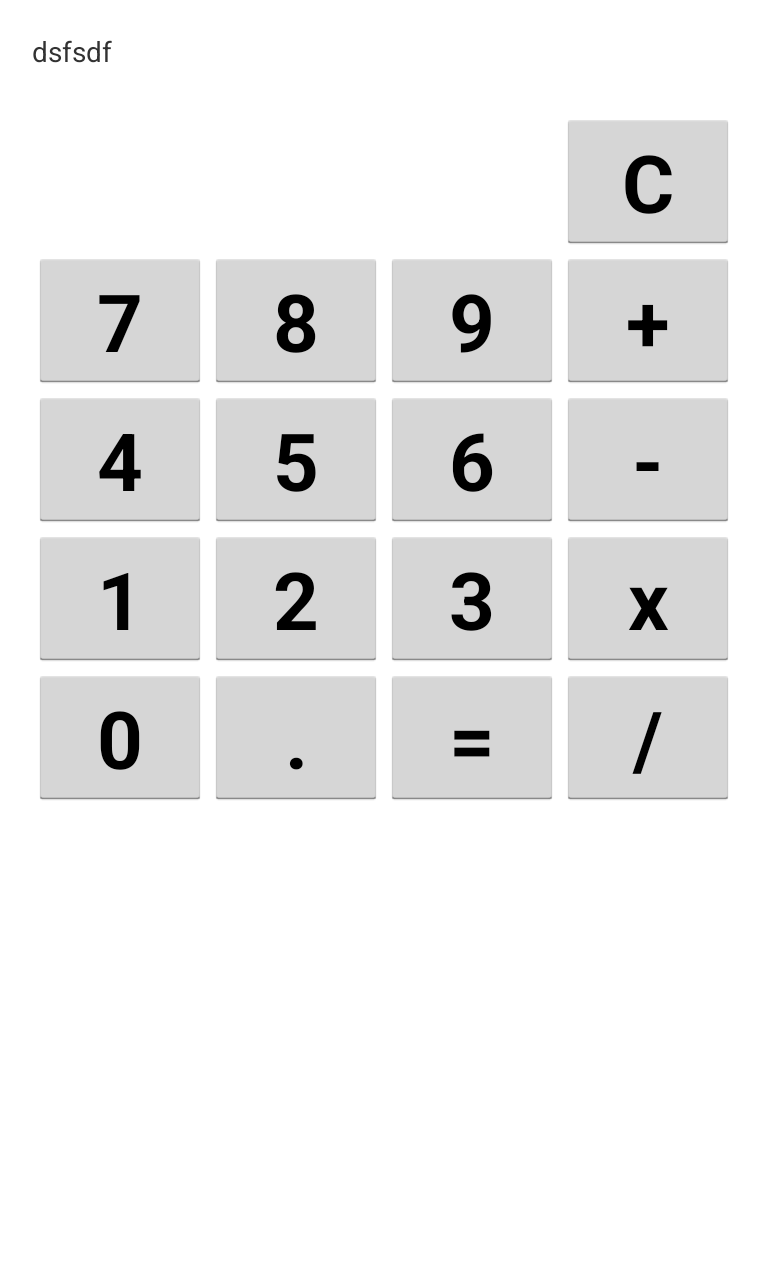
Repository: G3rcar/Android-I
Layout: SimpleCalculator/res/layout/activity_main.xml
The author's editor kept a copy of each file at every save. The layout is drawn from the files as they stood at one save, then again after the next save.
It is drawn on a 768 x 1280 px phone screen (xhdpi) without system bars, with theme AppTheme; the app's code is not run.

Above is the layout before, as saved 2013-11-08 21:37:57.

### SimpleCalculator/res/layout/activity_main.xml
<ScrollView xmlns:android="http://schemas.android.com/apk/res/android"
    xmlns:tools="http://schemas.android.com/tools"
    android:id="@+id/ScrollView1"
    android:layout_width="match_parent"
    android:layout_height="wrap_content"
    android:paddingBottom="@dimen/activity_vertical_margin"
    android:paddingLeft="@dimen/activity_horizontal_margin"
    android:paddingRight="@dimen/activity_horizontal_margin"
    android:paddingTop="@dimen/activity_vertical_margin" >



    <LinearLayout
        android:layout_width="match_parent"
        android:layout_height="wrap_content"
        android:orientation="vertical" >

          <TextView
              android:id="@+id/txvOperaciones"
              android:layout_width="match_parent"
              android:layout_height="40dp"
              android:text="dsfsdf" />

          <LinearLayout
              android:layout_width="match_parent"
              android:layout_height="wrap_content" >

              <TextView
                  android:id="@+id/txvResultado"
                  style="@style/resultadoNumero"
                  android:layout_width="0dp"
                  android:layout_height="match_parent"
                  android:layout_weight="3" />

              <Button
                  android:id="@+id/button1"
                  style="@style/botonNumero"
                  android:layout_width="0dp"
                  android:layout_height="wrap_content"
                  android:layout_weight="1"
                  android:text="C" />

          </LinearLayout>

          <LinearLayout
              android:layout_width="match_parent"
              android:layout_height="match_parent" >

              <Button
                  android:id="@+id/btnSiete"
                  style="@style/botonNumero"
                  android:layout_width="0dp"
                  android:layout_height="wrap_content"
                  android:layout_weight="1"
                  android:text="@string/lblNumSiete" />

              <Button
                  android:id="@+id/btnOcho"
                  style="@style/botonNumero"
                  android:layout_width="0dp"
                  android:layout_height="wrap_content"
                  android:layout_weight="1"
                  android:text="@string/lblNumOcho" />

              <Button
                  android:id="@+id/btnNueve"
                  style="@style/botonNumero"
                  android:layout_width="0dp"
                  android:layout_height="wrap_content"
                  android:layout_weight="1"
                  android:text="@string/lblNumNueve" />

              <Button
                  android:id="@+id/btnMas"
                  style="@style/botonNumero"
                  android:layout_width="0dp"
                  android:layout_height="wrap_content"
                  android:layout_weight="1"
                  android:text="@string/lblMas" />

          </LinearLayout>

          <LinearLayout
              android:layout_width="match_parent"
              android:layout_height="match_parent" >

              <Button
                  android:id="@+id/btnCuatro"
                  style="@style/botonNumero"
                  android:layout_width="0dp"
                  android:layout_height="wrap_content"
                  android:layout_weight="1"
                  android:text="@string/lblNumCuatro" />

              <Button
                  android:id="@+id/btnCinco"
                  style="@style/botonNumero"
                  android:layout_width="0dp"
                  android:layout_height="wrap_content"
                  android:layout_weight="1"
                  android:text="@string/lblNumCinco" />

              <Button
                  android:id="@+id/btnSeis"
                  style="@style/botonNumero"
                  android:layout_width="0dp"
                  android:layout_height="wrap_content"
                  android:layout_weight="1"
                  android:text="@string/lblNumSeis" />

              <Button
                  android:id="@+id/btnMenos"
                  style="@style/botonNumero"
                  android:layout_width="0dp"
                  android:layout_height="wrap_content"
                  android:layout_weight="1"
                  android:text="@string/lblMenos" />

          </LinearLayout>

          <LinearLayout
              android:layout_width="match_parent"
              android:layout_height="match_parent" >

              <Button
                  android:id="@+id/btnUno"
                  style="@style/botonNumero"
                  android:layout_width="0dp"
                  android:layout_height="wrap_content"
                  android:layout_weight="1"
                  android:text="@string/lblNumUno" />

              <Button
                  android:id="@+id/btnDos"
                  style="@style/botonNumero"
                  android:layout_width="0dp"
                  android:layout_height="wrap_content"
                  android:layout_weight="1"
                  android:text="@string/lblNumDos" />

              <Button
                  android:id="@+id/btnTres"
                  style="@style/botonNumero"
                  android:layout_width="0dp"
                  android:layout_height="wrap_content"
                  android:layout_weight="1"
                  android:text="@string/lblNumTres" />

              <Button
                  android:id="@+id/btnMultiplicacion"
                  style="@style/botonNumero"
                  android:layout_width="0dp"
                  android:layout_height="wrap_content"
                  android:layout_weight="1"
                  android:text="@string/lblMultiplicacion" />

          </LinearLayout>

          <LinearLayout
              android:layout_width="match_parent"
              android:layout_height="match_parent" >

              <Button
                  android:id="@+id/btnCero"
                  style="@style/botonNumero"
                  android:layout_width="0dp"
                  android:layout_height="wrap_content"
                  android:layout_weight="1"
                  android:text="@string/lblNumCero" />

              <Button
                  android:id="@+id/btnPunto"
                  style="@style/botonNumero"
                  android:layout_width="0dp"
                  android:layout_height="wrap_content"
                  android:layout_weight="1"
                  android:text="@string/lblPunto" />

              <Button
                  android:id="@+id/btnIgual"
                  style="@style/botonNumero"
                  android:layout_width="0dp"
                  android:layout_height="wrap_content"
                  android:layout_weight="1"
                  android:text="@string/lblIgual" />

              <Button
                  android:id="@+id/btnDivision"
                  style="@style/botonNumero"
                  android:layout_width="0dp"
                  android:layout_height="wrap_content"
                  android:layout_weight="1"
                  android:text="@string/lblDivision" />

          </LinearLayout>

    </LinearLayout>

</ScrollView>

### SimpleCalculator/res/values/styles.xml
<resources xmlns:android="http://schemas.android.com/apk/res/android">

    <!--
        Base application theme, dependent on API level. This theme is replaced
        by AppBaseTheme from res/values-vXX/styles.xml on newer devices.
    -->
    <style name="AppBaseTheme" parent="android:Theme.Light">
        <!--
            Theme customizations available in newer API levels can go in
            res/values-vXX/styles.xml, while customizations related to
            backward-compatibility can go here.
        -->
    </style>

    <!-- Application theme. -->
    <style name="AppTheme" parent="AppBaseTheme">
        <!-- All customizations that are NOT specific to a particular API-level can go here. -->
    </style>
    <style name="botonNumero">
        <item name="android:textSize">40sp</item>
        <item name="android:textStyle">bold</item>
    </style>

    <style name="resultadoNumero">
        <item name="android:textSize">35sp</item>
        <item name="android:gravity">right|center</item>
        <item name="android:paddingRight">5dp</item>
    </style>
    <style name="operacionesTexto">
        <item name="android:textSize">35sp</item>
        <item name="android:gravity">right|center</item>
        <item name="android:paddingRight">5dp</item>
        <item name="android:background">@drawable/border</item>

    </style>



</resources>

### SimpleCalculator/res/values/strings.xml
<?xml version="1.0" encoding="utf-8"?>
<resources>

    <string name="app_name">Simple Calculator</string>
    <string name="action_settings">Settings</string>
    <string name="hello_world">Hello world!</string>
    <string name="lblNumSiete">7</string>
    <string name="lblNumOcho">8</string>
    <string name="lblNumNueve">9</string>
    <string name="lblMas">+</string>
    <string name="lblNumCuatro">4</string>
    <string name="lblNumCinco">5</string>
    <string name="lblNumSeis">6</string>
    <string name="lblMenos">-</string>
    <string name="lblNumUno">1</string>
    <string name="lblNumDos">2</string>
    <string name="lblNumTres">3</string>
    <string name="lblMultiplicacion">x</string>
    <string name="lblNumCero">0</string>
    <string name="lblPunto">.</string>
    <string name="lblIgual">=</string>
    <string name="lblDivision">/</string>

</resources>

### SimpleCalculator/res/drawable/border.xml
<?xml version="1.0" encoding="utf-8"?>
<shape xmlns:android="http://schemas.android.com/apk/res/android" >
	<solid android:color="#ffffff" />
	<stroke android:width="1dip" android:color="#4fa5d5"/>

</shape>

Loaded but not shown: SimpleCalculator/res/values-v11/styles.xml (common file); SimpleCalculator/res/values-v14/styles.xml (common file); SimpleCalculator/res/values/dimens.xml (common file)

After the next save:
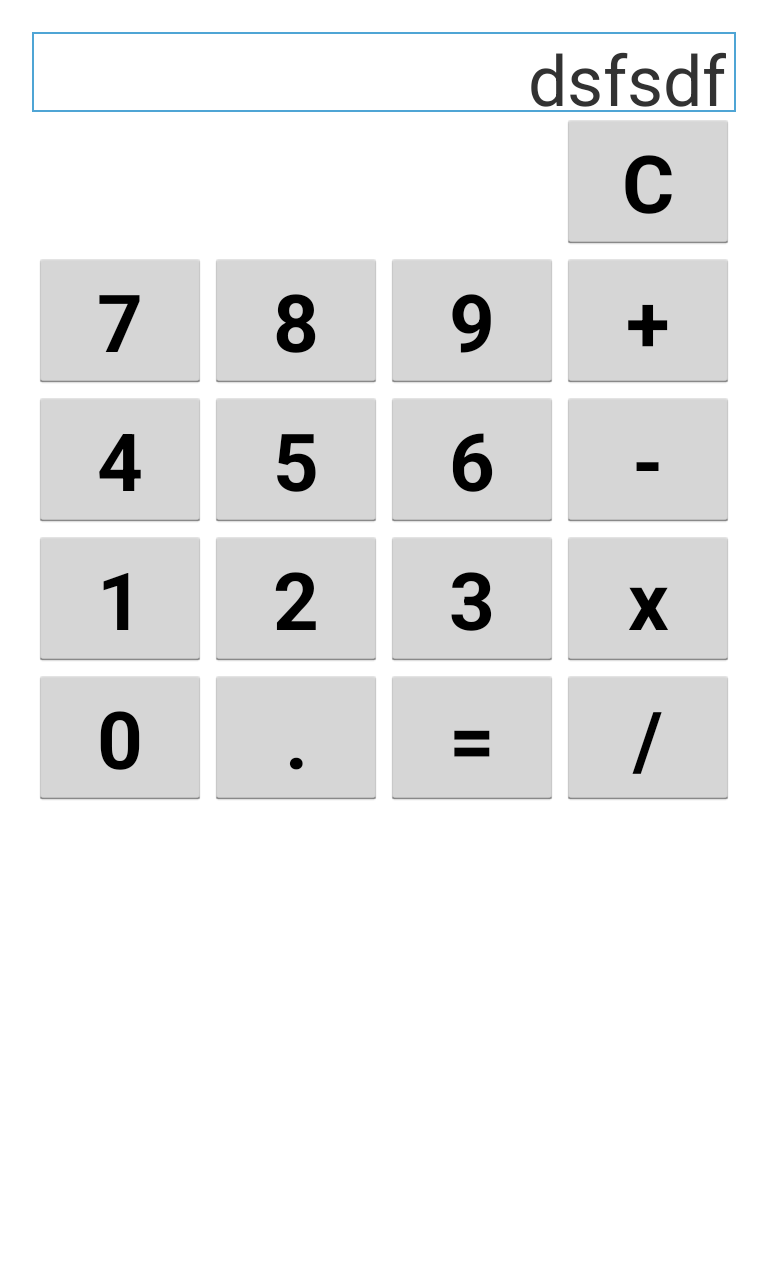
Saved 42 s later.
--- a/SimpleCalculator/res/layout/activity_main.xml
+++ b/SimpleCalculator/res/layout/activity_main.xml
@@ -19,6 +19,7 @@
               android:id="@+id/txvOperaciones"
               android:layout_width="match_parent"
               android:layout_height="40dp"
+              style="@style/operacionesTexto"
               android:text="dsfsdf" />
 
           <LinearLayout
